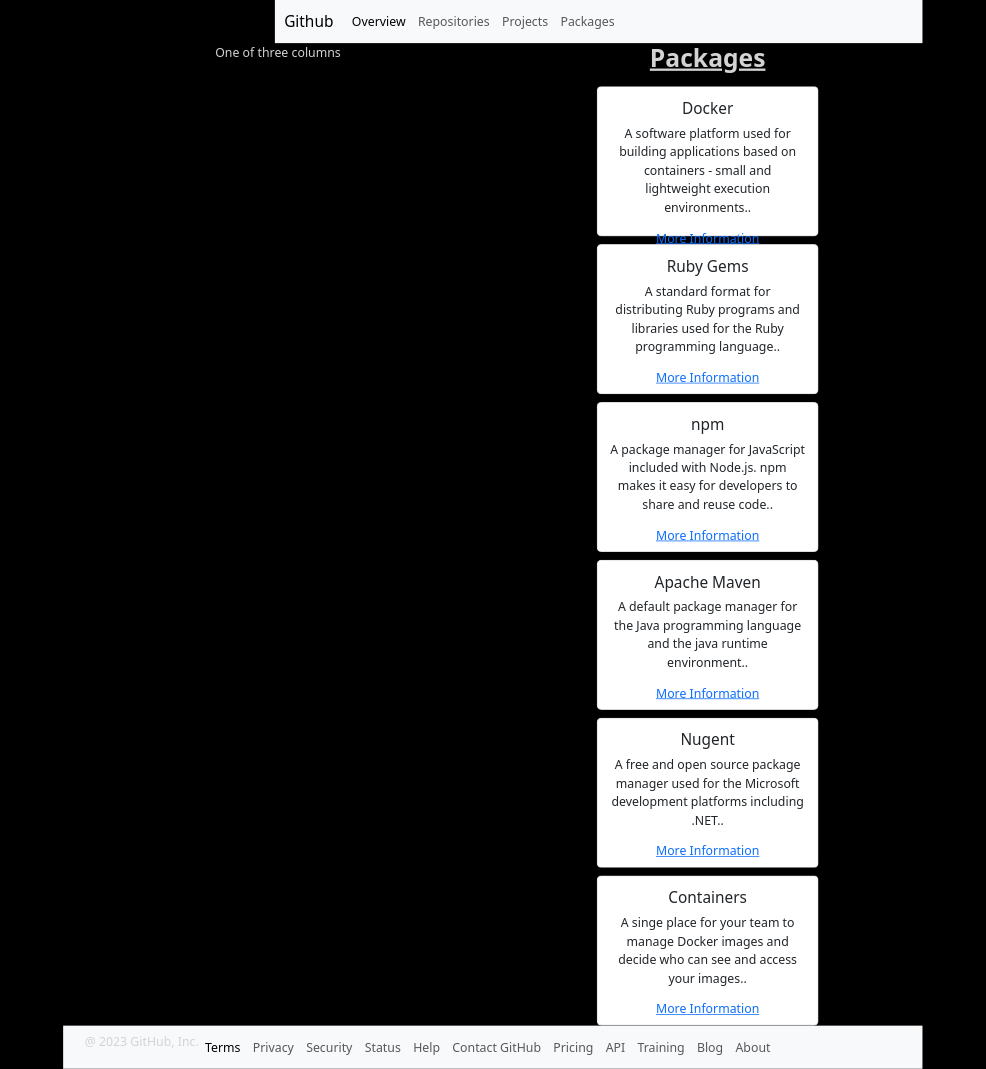
Repository: nss-evening-cohort-E23/gitsub-pull-request-posse
Page: packages.html
An editor plug-in stored every save of this project. The page is shown before and after the next save, followed by the edit.
The browser window is 1280 px wide. The pictures show the whole page, at 77% of full size.

Above is the page before, as saved 2023-05-09 17:33:36.

After the next save:
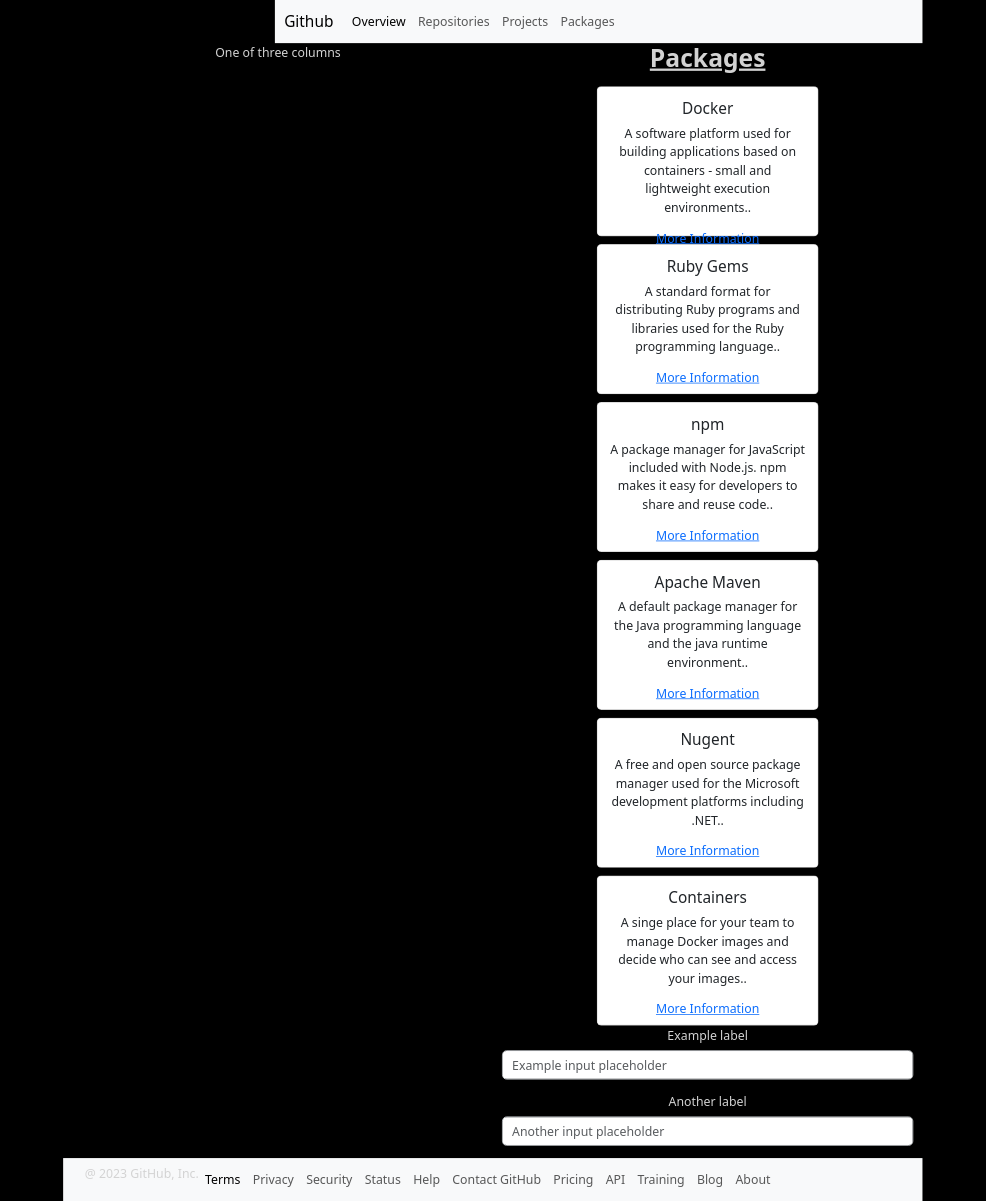
Saved 109 s later.
--- a/packages.html
+++ b/packages.html
@@ -38,7 +38,14 @@
     <div class="col">
       <h2><b><u>Packages</u></b></h2>
       <div id="packages"></div>
-      <div id="newPackage"></div>
+      <div id="newPackage"><div class="mb-3">
+        <label for="formGroupExampleInput" class="form-label">Example label</label>
+        <input type="text" class="form-control" id="formGroupExampleInput" placeholder="Example input placeholder">
+      </div>
+      <div class="mb-3">
+        <label for="formGroupExampleInput2" class="form-label">Another label</label>
+        <input type="text" class="form-control" id="formGroupExampleInput2" placeholder="Another input placeholder">
+      </div></div>
     </div>
   </div>
 </div>
